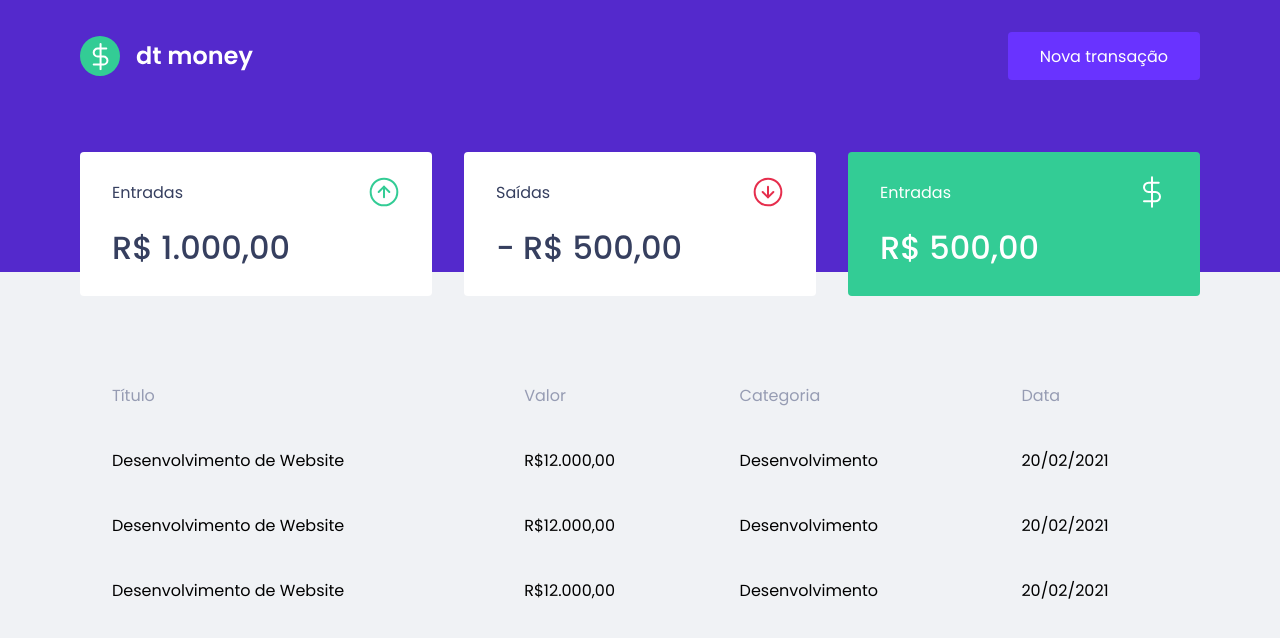
Repository: lucaslopesdevv/dtmoney
Page: /
The author's editor kept a copy of each file at every save. The page is drawn from the files as they stood at one save, then again after the next save.
The browser window is 1280 px wide. The pictures show the whole page.
The project was rebuilt for these pictures with package versions that can differ from the ones it lists, and the page was loaded fresh each time.

Above is the page before, as saved 2021-12-06 22:07:22.

### public/index.html
<!DOCTYPE html>
<html lang="en">
  <head>
    <link rel="preconnect" href="https://fonts.googleapis.com">
    <link rel="preconnect" href="https://fonts.gstatic.com" crossorigin>
    <meta charset="utf-8" />
    <meta name="viewport" content="width=device-width, initial-scale=1" />

<Link rel="shortcut icon" href="favicon.png" type="image/png"/>

    <title>Dtmoney</title>
    <link href="https://fonts.googleapis.com/css2?family=Poppins:wght@400;500;600&family=Roboto:wght@400;700&display=swap" rel="stylesheet">


  </head>
  <body>
    <noscript>You need to enable JavaScript to run this app.</noscript>
    <div id="root"></div>
  </body>
</html>

### src/App.tsx

import { Dashboard } from "./components/Header/Dashboard";
import { Header } from "./components/Header/index";
import { GlobalStyle } from "./styles/global";

export function App() {
  return (
    <>
      <Header />
      <Dashboard />
      <GlobalStyle />
    </>
  );
}

### src/components/Header/Dashboard/index.tsx
import { Summary } from '../../Summary';
import { TransactionsTable } from '../../TransactionsTable';

import { Container } from './styles';


export function Dashboard() {
    return (
        <Container>
            <Summary />
            <TransactionsTable/>
        </Container>
    );
}

### src/components/Header/index.tsx
import logoImg from '../../assets/logo.svg';
import { Container, Content } from './styles';

export function Header() {
    return (
        <Container>
            <Content>
                <img src={logoImg} alt="dt money" />
                <button type="button">
                    Nova transação
                </button>
            </Content>
        </Container>
    )
}

### src/styles/global.ts
import { createGlobalStyle } from 'styled-components';

export const GlobalStyle = createGlobalStyle`
:root {
    --background: #F0F2F5;
    --red: #e52e4d;
    --green: #33cc95;
    --blue: #5429cc;
    --blue-light: #6933ff;

    --text-title: #363f5f;
    --text-body: #969cb3;

    --shape: #ffffff;
}
    *{
        margin: 0;
        padding: 0;
        box-sizing: boder-box;
    }

/*font-size: 16px (Desktop)*/

html {
    @media (max-width: 1080px){
        font-size: 93.75%; /*15px*/
    }

    @media (max-width: 720px){
        font-size: 87.5%; /*14px*/
    }
}

    body {
        background-color: var(--background);
        -webkit-font-smoothing: antialiased;
    }

    body, input, textarea, button {
        font-family: 'Poppins', sans-serif;
        font-weight: 400;
    }

    h1, h2, h3, h4, h5, h6, strong{
        font-weight: 600;
    }

    button{
        cursor: pointer;
    }

    [disabled] {
        opacity: 0.6;
        cursor: not-allowed;
    }


`

### src/components/Summary/index.tsx
import incomeImg from '../../assets/income.svg';
import outcomeImg from '../../assets/outcome.svg';
import totalImg from '../../assets/total.svg';

import { Container } from './styles';

export function Summary() {
    return (
        <Container>
            <div>
                <header>
                    <p>Entradas</p>
                    <img src={incomeImg} alt="Entradas" />
                </header>
                <strong>R$ 1.000,00</strong>
            </div>

            <div>
                <header>
                    <p>Saídas</p>
                    <img src={outcomeImg} alt="Saídas" />
                </header>
                <strong>- R$ 500,00</strong>
            </div>

            <div className="highlight-background">
                <header>
                    <p>Entradas</p>
                    <img src={totalImg} alt="Total" />
                </header>
                <strong>R$ 500,00</strong>
            </div>
        </Container>
    )
}

### src/components/TransactionsTable/index.tsx
import { Container } from "./styles";

export function TransactionsTable(){
    return (
        <Container>
            <table>
                <thead>
                    <tr>
                        <th>Título</th>
                        <th>Valor</th>
                        <th>Categoria</th>
                        <th>Data</th>
                    </tr>
                </thead>
                <tbody>
                    <tr>
                        <td>Desenvolvimento de Website</td>
                        <td>R$12.000,00</td>
                        <td>Desenvolvimento</td>
                        <td>20/02/2021</td>
                    </tr>
                    <tr>
                        <td>Desenvolvimento de Website</td>
                        <td>R$12.000,00</td>
                        <td>Desenvolvimento</td>
                        <td>20/02/2021</td>
                    </tr>
                    <tr>
                        <td>Desenvolvimento de Website</td>
                        <td>R$12.000,00</td>
                        <td>Desenvolvimento</td>
                        <td>20/02/2021</td>
                    </tr>
                </tbody>
            </table>
        </Container>
    );
};

### src/components/Header/Dashboard/styles.ts
import styled from "styled-components";

export const Container = styled.main`

    max-width: 1120px;
    margin: 0 auto;
    padding: 2.5rem 1rem;
`;

### src/components/Header/styles.ts
import styled from 'styled-components';

export const Container = styled.header`
background: var(--blue);

`;

export const Content = styled.div`
    max-width: 1120px;
    margin: 0 auto;

    padding: 2rem 1rem 12rem;
    display: flex;
    align-items: center;
    justify-content: space-between;

button{
    font-size: 1rem;
    color: #FFF;
    background: var(--blue-light);
    border: 0;
    padding: 0 2rem;
    border-radius: 0.25rem;
    height: 3rem;

    transition: filter 0.2s;

    &:hover{
        filter: brightness(0.9);
    }
}
`;

### src/components/Summary/styles.ts
import styled from "styled-components";

export const Container = styled.div`
    display: grid;
    grid-template-columns: repeat(3, 1fr);
    gap: 2rem;
    margin-top: -10rem;

    div {
        background: var(--shape);
        padding: 1.5rem 2rem;
        border-radius: 0.25rem;
        color: var(--text-title);


    header{
        display: flex;
        align-items: center;
        justify-content: space-between;
    }

    strong {
        display: block;
        margin-top: 1rem;
        font-size: 2rem;
        font-weight: 500;
        line-height: 3rem;
    }

    &.highlight-background{
        background: var(--green);
        color: #FFF;
    }
}
`;

### src/components/TransactionsTable/styles.ts
import styled from "styled-components";

export const Container = styled.div`

    margin-top: 4rem;

    table{
        width: 100%;
        border-spacing: 0 0.5rem;
    }

    th{
        color: var(--text-body);
        font-weight: 400;
        padding: 1rem 2rem;
        text-align: left;
        line-height: 1.5rem;
    }

    td{
        padding: 1rem 2rem;
        border: 0;
    }
`;

Loaded but not shown: src/index.tsx (common file)

After the next save:
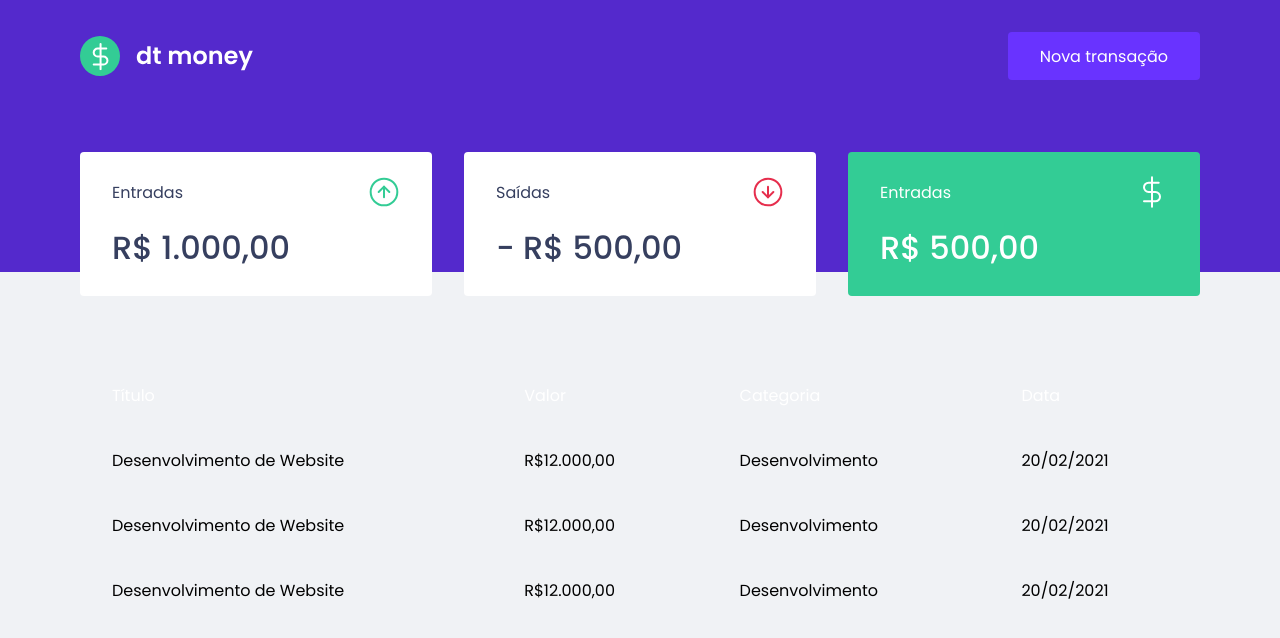
Saved 21 s later.
--- a/src/components/TransactionsTable/styles.ts
+++ b/src/components/TransactionsTable/styles.ts
@@ -10,7 +10,7 @@
     }
 
     th{
-        color: var(--text-body);
+        color: var(--shape);
         font-weight: 400;
         padding: 1rem 2rem;
         text-align: left;

After the save that followed:
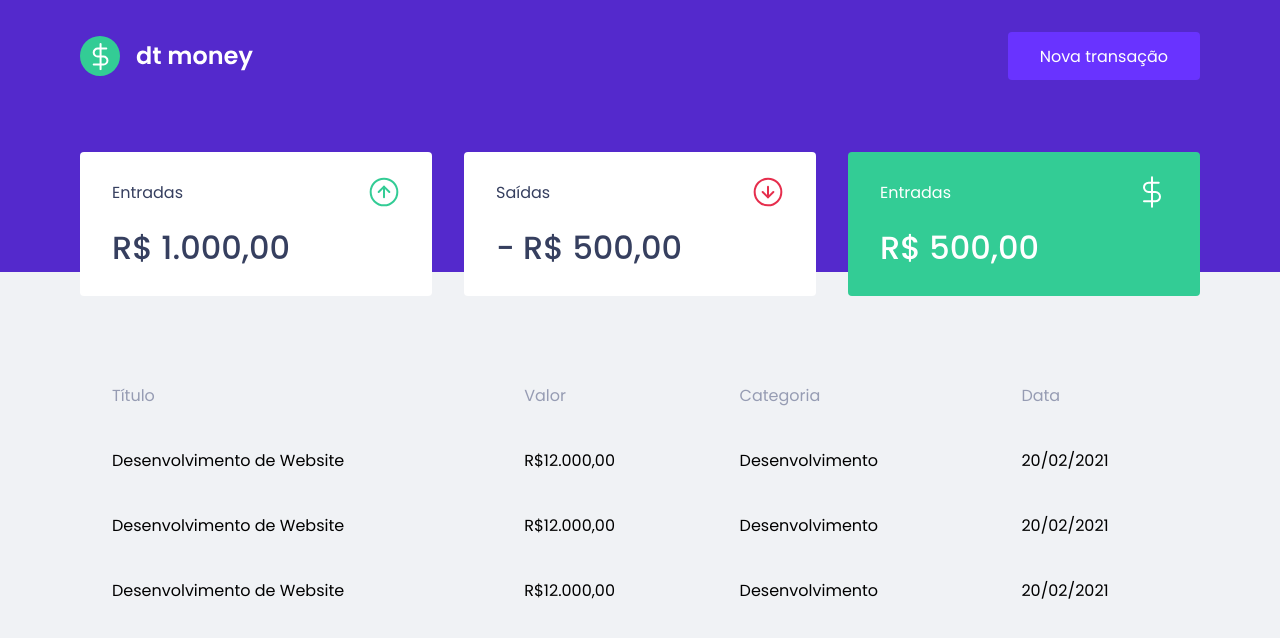
Saved 6 s later.
--- a/src/components/TransactionsTable/styles.ts
+++ b/src/components/TransactionsTable/styles.ts
@@ -10,7 +10,7 @@
     }
 
     th{
-        color: var(--shape);
+        color: var(--text-body);
         font-weight: 400;
         padding: 1rem 2rem;
         text-align: left;
